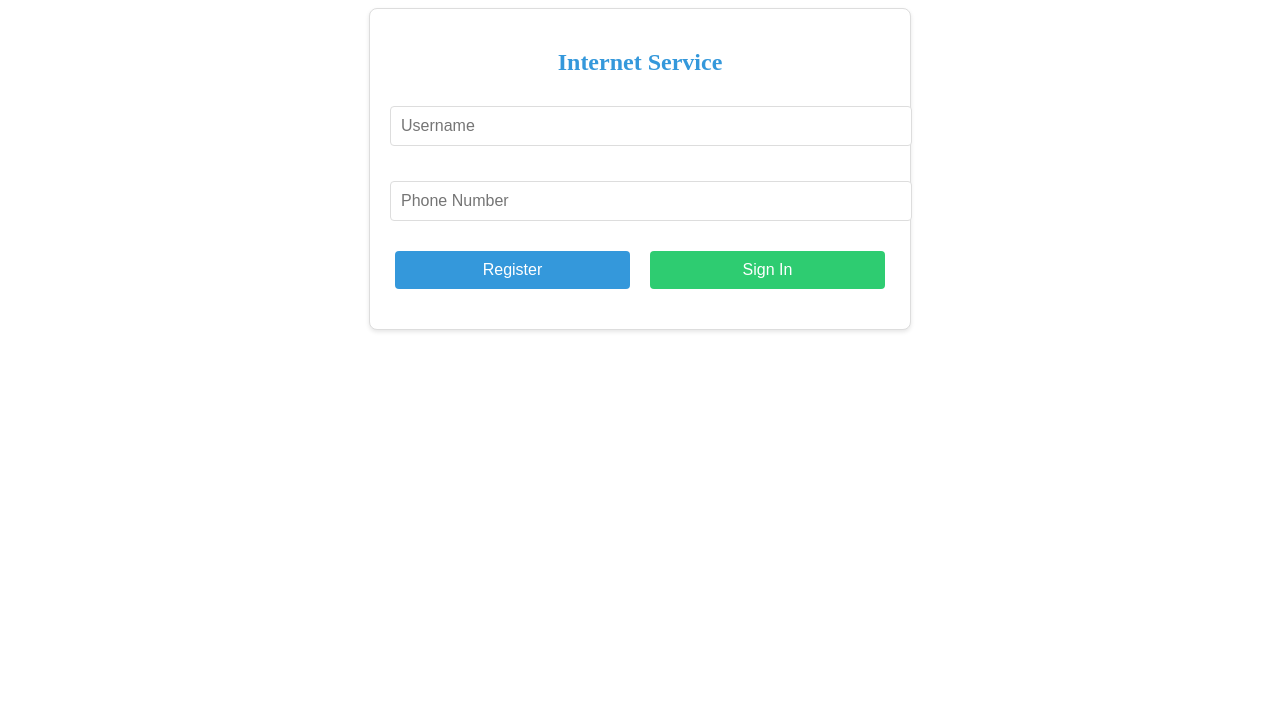
Repository: rachel648/system_Bill
Page: / (app in client/)
The author's editor kept a copy of each file at every save. The page is drawn from the files as they stood at one save, then again after the next save.
The browser window is 1280 px wide. The pictures show the whole page.
The project was rebuilt for these pictures with package versions that can differ from the ones it lists, and the page was loaded fresh each time. Also part of the build but not shown: client/src/Packages.js, client/src/Hotspot.css, client/src/Hotspot.js, client/src/Navigation.js, client/src/App.css. Imported but missing from the stored project, and not drawn on this page: client/src/Receipts.

Above is the page before, as saved 2025-05-11 22:00:54.

### client/public/index.html
<!DOCTYPE html>
<html lang="en">
  <head>
    <meta charset="UTF-8" />
    <meta name="viewport" content="width=device-width, initial-scale=1.0"/>
    <title>Internet Billing System</title>
  </head>
  <body>
    <div id="root"></div>
    <!-- Add React scripts if not using Create React App -->
    <!-- <script src="https://unpkg.com/react@18/umd/react.development.js"></script>
    <script src="https://unpkg.com/react-dom@18/umd/react-dom.development.js"></script> -->
  </body>
</html>

### client/src/App.js
import React, { useState } from 'react';
import { BrowserRouter as Router, Routes, Route } from 'react-router-dom';
import ServiceForm from './components/ServiceForm';
import Packages from './Packages';
import Hotspot from './Hotspot';
import Receipts from './Receipts';
import Navigation from './Navigation';
import './App.css';

const App = () => {
  const [isSidebarVisible, setSidebarVisible] = useState(true);

  const toggleSidebar = () => {
    setSidebarVisible(prev => !prev);
  };

  const Layout = ({ children }) => (
    <div className="app-container">
      <Navigation isVisible={isSidebarVisible} toggle={toggleSidebar} />
      <div className="main-content">
        {children}
      </div>
    </div>
  );

  return (
    <Router>
      <Routes>
        <Route path="/" element={<ServiceForm />} />
        <Route path="/packages" element={<Layout><Packages /></Layout>} />
        <Route path="/hotspot" element={<Layout><Hotspot /></Layout>} />
        <Route path="/receipts" element={<Layout><Receipts /></Layout>} />
      </Routes>
    </Router>
  );
};

export default App;

### client/src/components/ServiceForm.js
import React, { useState } from 'react';
import { useNavigate } from 'react-router-dom';
import axios from 'axios';

const ServiceForm = () => {
  const [formData, setFormData] = useState({
    username: '',
    phoneNumber: '',
    packageType: 'basic',
    duration: 1,
    amount: 10
  });
  const [status, setStatus] = useState({ message: '', type: '' });
  const [loading, setLoading] = useState(false);
  const navigate = useNavigate();

  const handleChange = (e) => {
    const { name, value } = e.target;
    setFormData(prev => ({
      ...prev,
      [name]: name === 'duration' || name === 'amount' ? parseInt(value) || 0 : value
    }));
  };

  const handleRegister = async () => {
    if (!formData.username.trim()) {
      setStatus({ message: 'Username is required', type: 'error' });
      return;
    }
    if (!formData.phoneNumber.trim()) {
      setStatus({ message: 'Phone number is required', type: 'error' });
      return;
    }

    setLoading(true);
    try {
      const res = await axios.post('/api/users/register', {
        username: formData.username,
        phoneNumber: formData.phoneNumber,
        package: formData.packageType,
        duration: formData.duration
      });

      setStatus({
        message: `Registration successful! Service active until ${new Date(res.data.data.endTime).toLocaleDateString()}`,
        type: 'success'
      });
      navigate('/packages');
    } catch (err) {
      setStatus({
        message: err.response?.data?.message || err.message || 'Registration failed',
        type: 'error'
      });
    } finally {
      setLoading(false);
    }
  };

  const handleSignIn = async () => {
    if (!formData.username.trim()) {
      setStatus({ message: 'Username is required', type: 'error' });
      return;
    }
    if (!formData.phoneNumber.trim()) {
      setStatus({ message: 'Phone number is required', type: 'error' });
      return;
    }

    setLoading(true);
    try {
      const res = await axios.get(`/api/users/status/${formData.username}`);
      if (res.data && res.data.active !== undefined) {
        setStatus({
          message: `Welcome back! Status: ${res.data.active ? 'Active' : 'Inactive'}, Ends: ${new Date(res.data.endTime).toLocaleString()}`,
          type: 'success'
        });
        navigate('/packages');
      } else {
        setStatus({ message: 'User not found', type: 'error' });
      }
    } catch (err) {
      setStatus({
        message: err.response?.data?.message || 'Sign-in failed',
        type: 'error'
      });
    } finally {
      setLoading(false);
    }
  };

  const getStatusStyle = () => {
    switch (status.type) {
      case 'success': return { backgroundColor: '#e8f5e9', color: '#2e7d32' };
      case 'error': return { backgroundColor: '#ffebee', color: '#c62828' };
      case 'info': return { backgroundColor: '#e3f2fd', color: '#1565c0' };
      default: return { backgroundColor: '#f5f5f5', color: '#424242' };
    }
  };

  return (
    <div style={styles.container}>
      <h2 style={styles.heading}>Internet Service</h2>

      <div style={styles.inputGroup}>
        <input
          name="username"
          placeholder="Username"
          value={formData.username}
          onChange={handleChange}
          style={styles.input}
        />
      </div>

      <div style={styles.inputGroup}>
        <input
          name="phoneNumber"
          placeholder="Phone Number"
          value={formData.phoneNumber}
          onChange={handleChange}
          style={styles.input}
        />
      </div>

      <div style={styles.buttonGroup}>
        <button
          onClick={handleRegister}
          style={styles.button}
          disabled={loading}
        >
          {loading ? 'Processing...' : 'Register'}
        </button>
        <button
          onClick={handleSignIn}
          style={{ ...styles.button, backgroundColor: '#2ecc71' }}
          disabled={loading}
        >
          {loading ? 'Processing...' : 'Sign In'}
        </button>
      </div>

      {status.message && (
        <div style={{ ...styles.status, ...getStatusStyle() }}>
          {status.message}
        </div>
      )}
    </div>
  );
};

const styles = {
  container: {
    maxWidth: '500px',
    margin: '0 auto',
    padding: '20px',
    border: '1px solid #ddd',
    borderRadius: '8px',
    boxShadow: '0 2px 4px rgba(0,0,0,0.1)',
    backgroundColor: '#fff'
  },
  heading: {
    textAlign: 'center',
    color: '#3498db',
    marginBottom: '20px'
  },
  inputGroup: {
    marginBottom: '15px'
  },
  label: {
    display: 'block',
    marginBottom: '5px',
    fontWeight: '500',
    color: '#2c3e50'
  },
  input: {
    width: '100%',
    padding: '10px',
    borderRadius: '4px',
    border: '1px solid #ddd',
    fontSize: '16px'
  },
  buttonGroup: {
    display: 'flex',
    gap: '10px',
    marginBottom: '15px'
  },
  button: {
    padding: '10px 15px',
    borderRadius: '4px',
    border: 'none',
    backgroundColor: '#3498db',
    color: 'white',
    cursor: 'pointer',
    flex: 1,
    fontSize: '16px'
  },
  status: {
    padding: '12px',
    borderRadius: '4px',
    fontSize: '16px',
    textAlign: 'center'
  }
};

export default ServiceForm;

### client/src/Packages.css
/* Style for the cards container */
.card-container {
  display: flex;
  justify-content: space-around;
  flex-wrap: wrap;
  gap: 20px;
  padding: 20px;
}

/* Shared card styles */
.card {
  padding: 20px;
  margin: 10px;
  cursor: pointer;
  border-radius: 12px;
  text-align: center;
  width: 220px;
  color: white;
  font-weight: bold;
  box-shadow: 0 4px 10px rgba(0, 0, 0, 0.1);
  transition: transform 0.3s ease, box-shadow 0.3s ease;
}

/* Different gradient colors for each package card */
.card:nth-child(1) {
  background: linear-gradient(135deg, #6a11cb, #2575fc); /* Purple to blue */
}

.card:nth-child(2) {
  background: linear-gradient(135deg, #ff9966, #ff5e62); /* Orange to red */
}

.card:nth-child(3) {
  background: linear-gradient(135deg, #56ab2f, #a8e063); /* Green to light green */
}

.card:nth-child(4) {
  background: linear-gradient(135deg, #00c6ff, #0072ff); /* Light blue to dark blue */
}

/* Hover effect */
.card:hover {
  transform: scale(1.08);
  box-shadow: 0 10px 20px rgba(0, 0, 0, 0.2);
}

/* Modal styles */
.modal {
  position: fixed;
  top: 0;
  left: 0;
  right: 0;
  bottom: 0;
  background-color: rgba(0, 0, 0, 0.5);
  display: flex;
  justify-content: center;
  align-items: center;
}

.modal-content {
  background-color: white;
  padding: 20px;
  border-radius: 8px;
  width: 300px;
  text-align: center;
}

/* Input styles */
input {
  width: 100%;
  padding: 8px;
  margin: 10px 0;
  border: 1px solid #ccc;
  border-radius: 4px;
}

/* Button styles */
button {
  padding: 10px;
  background-color: #4CAF50;
  color: white;
  border: none;
  border-radius: 4px;
  cursor: pointer;
  margin: 5px;
}

button:hover {
  background-color: #45a049;
}

Loaded but not shown: client/src/index.js (common file)

After the next save:
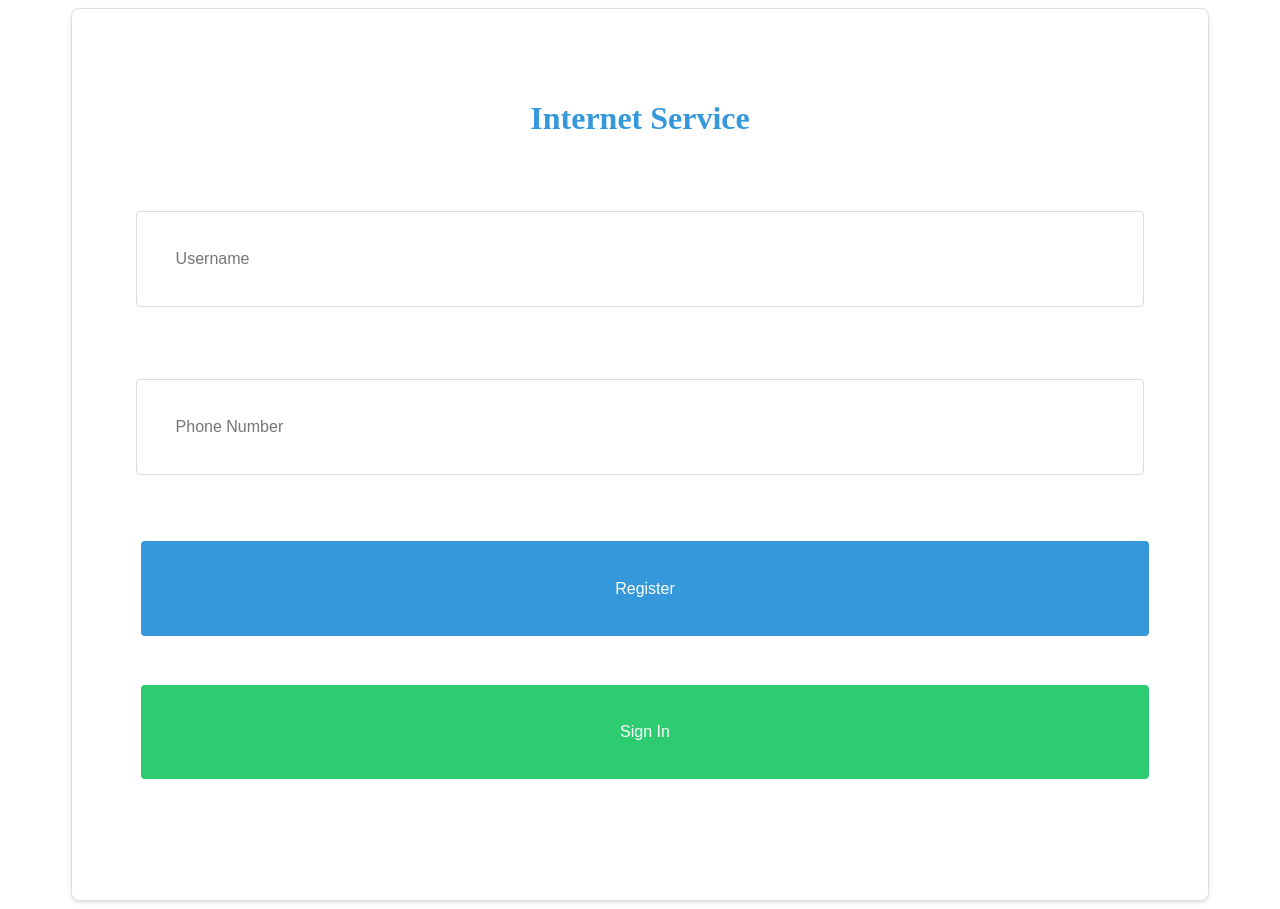
Saved 16 min 5 s later.
--- a/client/src/components/ServiceForm.js
+++ b/client/src/components/ServiceForm.js
@@ -149,21 +149,26 @@
 
 const styles = {
   container: {
-    maxWidth: '500px',
+      maxWidth: '90%',
+    width: '100%',
     margin: '0 auto',
-    padding: '20px',
+    padding: '5vw',
     border: '1px solid #ddd',
     borderRadius: '8px',
     boxShadow: '0 2px 4px rgba(0,0,0,0.1)',
-    backgroundColor: '#fff'
+    backgroundColor: '#fff',
+    boxSizing: 'border-box'
+
   },
   heading: {
     textAlign: 'center',
     color: '#3498db',
-    marginBottom: '20px'
+    marginBottom: '5vw',
+    fontSize: 'clamp(1.2rem, 2.5vw, 2rem)'
+
   },
   inputGroup: {
-    marginBottom: '15px'
+     marginBottom: '4vw'
   },
   label: {
     display: 'block',
@@ -173,30 +178,32 @@
   },
   input: {
     width: '100%',
-    padding: '10px',
+    padding: '3vw',
     borderRadius: '4px',
     border: '1px solid #ddd',
-    fontSize: '16px'
+    fontSize: '1rem',
+    boxSizing: 'border-box'
   },
   buttonGroup: {
-    display: 'flex',
-    gap: '10px',
-    marginBottom: '15px'
+     display: 'flex',
+    flexDirection: 'column', // Stack vertically on small screens
+    gap: '3vw',
+    marginBottom: '4vw'
   },
   button: {
-    padding: '10px 15px',
+   padding: '3vw',
     borderRadius: '4px',
     border: 'none',
     backgroundColor: '#3498db',
     color: 'white',
     cursor: 'pointer',
-    flex: 1,
-    fontSize: '16px'
+    fontSize: '1rem',
+    width: '100%'
   },
   status: {
-    padding: '12px',
+   padding: '3vw',
     borderRadius: '4px',
-    fontSize: '16px',
+    fontSize: '1rem',
     textAlign: 'center'
   }
 };

After the save that followed:
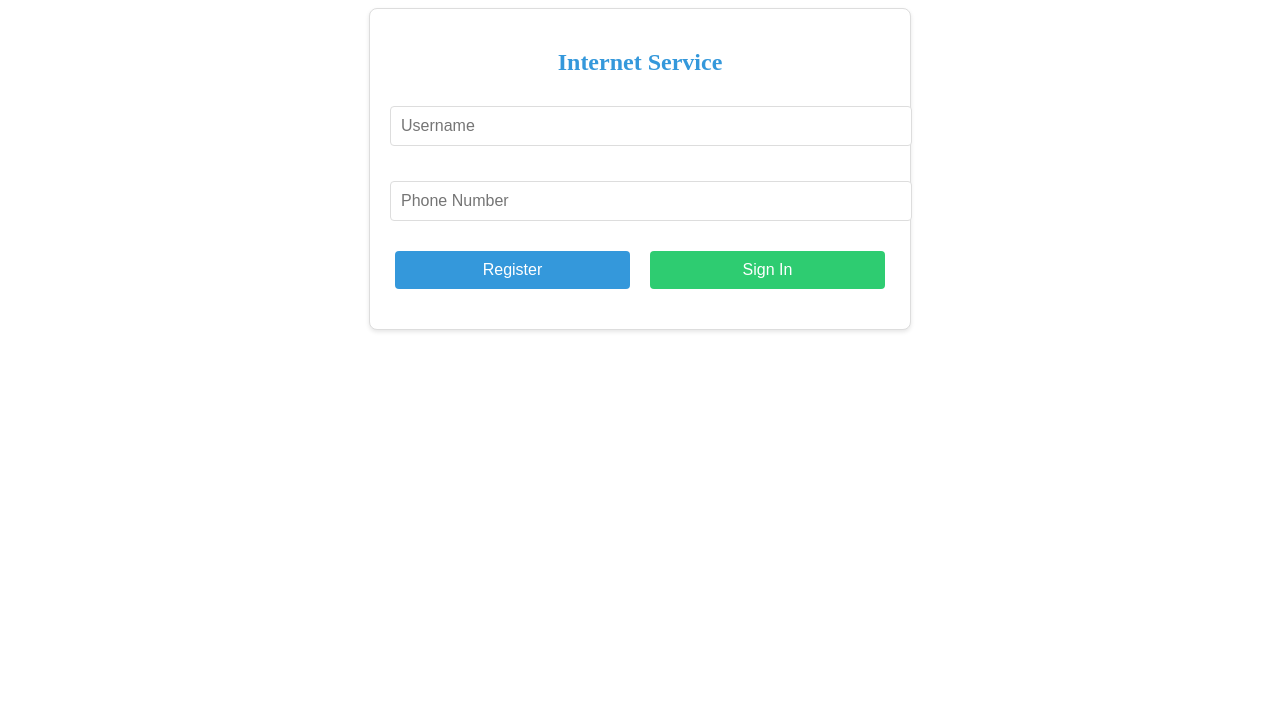
Saved 2 min 55 s later.
--- a/client/src/components/ServiceForm.js
+++ b/client/src/components/ServiceForm.js
@@ -149,26 +149,21 @@
 
 const styles = {
   container: {
-      maxWidth: '90%',
-    width: '100%',
+    maxWidth: '500px',
     margin: '0 auto',
-    padding: '5vw',
+    padding: '20px',
     border: '1px solid #ddd',
     borderRadius: '8px',
     boxShadow: '0 2px 4px rgba(0,0,0,0.1)',
-    backgroundColor: '#fff',
-    boxSizing: 'border-box'
-
+    backgroundColor: '#fff'
   },
   heading: {
     textAlign: 'center',
     color: '#3498db',
-    marginBottom: '5vw',
-    fontSize: 'clamp(1.2rem, 2.5vw, 2rem)'
-
+    marginBottom: '20px'
   },
   inputGroup: {
-     marginBottom: '4vw'
+    marginBottom: '15px'
   },
   label: {
     display: 'block',
@@ -178,32 +173,30 @@
   },
   input: {
     width: '100%',
-    padding: '3vw',
+    padding: '10px',
     borderRadius: '4px',
     border: '1px solid #ddd',
-    fontSize: '1rem',
-    boxSizing: 'border-box'
+    fontSize: '16px'
   },
   buttonGroup: {
-     display: 'flex',
-    flexDirection: 'column', // Stack vertically on small screens
-    gap: '3vw',
-    marginBottom: '4vw'
+    display: 'flex',
+    gap: '10px',
+    marginBottom: '15px'
   },
   button: {
-   padding: '3vw',
+    padding: '10px 15px',
     borderRadius: '4px',
     border: 'none',
     backgroundColor: '#3498db',
     color: 'white',
     cursor: 'pointer',
-    fontSize: '1rem',
-    width: '100%'
+    flex: 1,
+    fontSize: '16px'
   },
   status: {
-   padding: '3vw',
+    padding: '12px',
     borderRadius: '4px',
-    fontSize: '1rem',
+    fontSize: '16px',
     textAlign: 'center'
   }
 };
